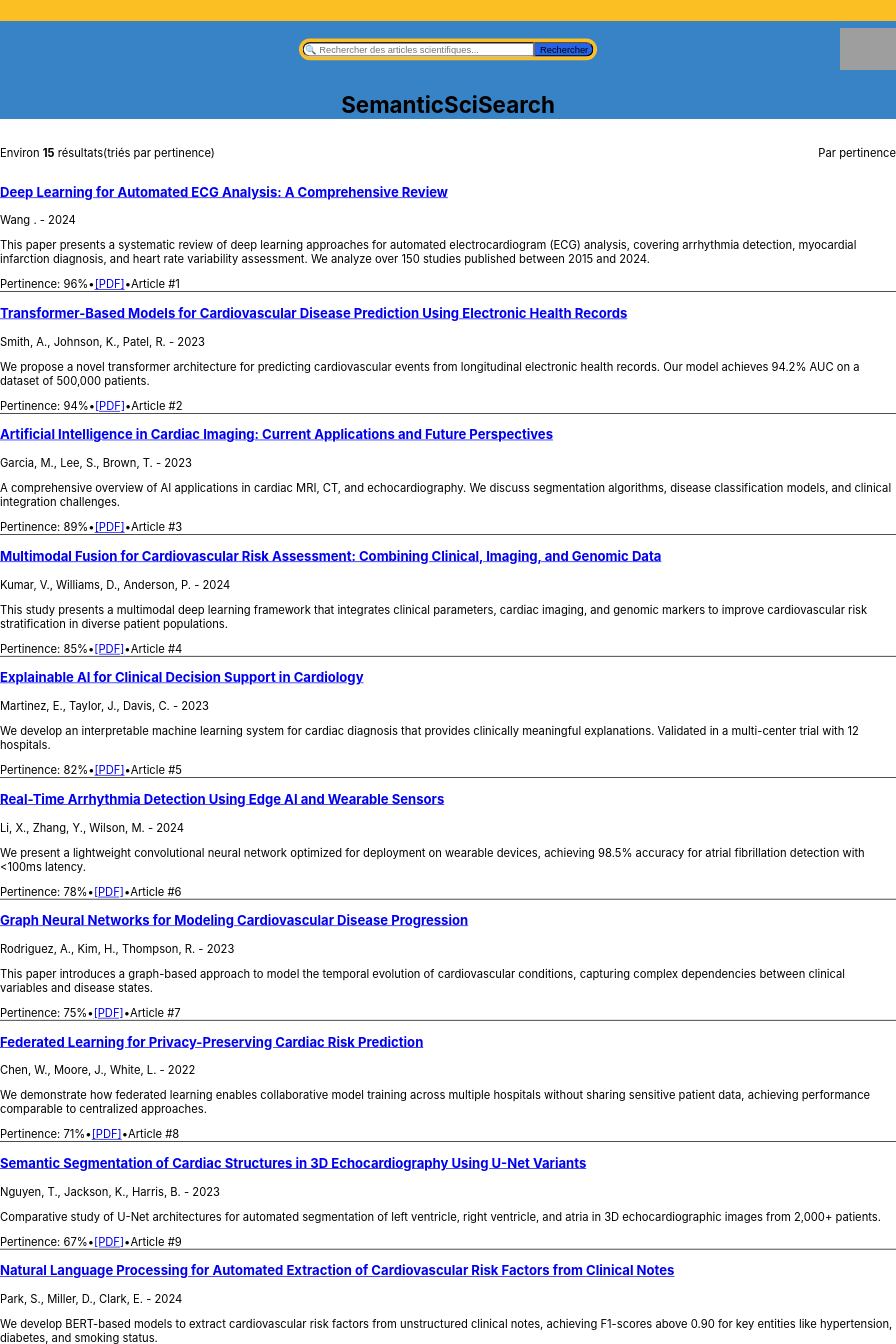
Repository: elh33/SemanticSciSearch
Page: / (app in frontend/)
An editor plug-in stored every save of this project. The page is shown before and after a run of saves, followed by the edit.
The browser window is 1280 px wide. The pictures show the part of the page from y = 0 to 1920 px (the page is 2766 px tall), at 70% of full size.
Pictures or frames that could not be fetched are drawn as grey boxes. The project was rebuilt for these pictures with package versions that can differ from the ones it lists, and the page was loaded fresh each time.

Above is the page before, as saved 2025-11-21 23:08:46.

### frontend/index.html
<!DOCTYPE html>
<html lang="en">
  <head>
    <meta charset="UTF-8" />
    <meta name="viewport" content="width=device-width, initial-scale=1.0" />
    <title>SemanticSciSearch</title>
  </head>
  <body>
    <div id="root"></div>
    <script type="module" src="/src/index.tsx"></script>
  </body>
</html>

### frontend/src/index.tsx
import React from 'react';
import ReactDOM from 'react-dom';
import App from './App';
import './index.css';

ReactDOM.render(
  <React.StrictMode>
    <App />
  </React.StrictMode>,
  document.getElementById('root')
);

### frontend/src/App.tsx
import React from 'react';
// Importe le composant de recherche principal
import SearchResults from './components/SearchResults';

// Le composant App.tsx est le conteneur principal de l'application.
function App() {
  return (
    // Utilisation d'un fragment React (<>...</>) ou d'un <div> si tu as des styles globaux
    <>
      {/* Le composant SearchResults contient maintenant :
        - Le titre et le sous-titre de l'application.
        - La barre de recherche.
        - L'orchestration de la logique (appels à api.ts).
        - L'affichage de la liste des ArticleCard.
      */}
      <SearchResults />
    </>
  );
}

export default App;

### frontend/src/components/SearchResults.tsx
import React, { useState, useEffect } from 'react';
import { Article } from '../types';
import { searchArticles } from '../services/api';
import ArticleCard from './ArticleCard';

const SearchResults: React.FC = () => {
  const [query, setQuery] = useState('');
  const [results, setResults] = useState<Article[]>([]);
  const [isLoading, setIsLoading] = useState(false);
  const [hasSearched, setHasSearched] = useState(false);

  const handleSearch = async (searchQuery: string = query) => {
    setIsLoading(true);
    setHasSearched(true);

    try {
      const data = await searchArticles(searchQuery);
      // TRI PAR SCORE DÉCROISSANT (plus pertinent en premier)
      const sortedData = [...data].sort((a, b) => b.score - a.score);
      setResults(sortedData);
    } catch (error) {
      console.error("Erreur lors de la recherche:", error);
      setResults([]);
    } finally {
      setIsLoading(false);
    }
  };

  // Recherche initiale au chargement
  useEffect(() => {
    handleSearch('');
  }, []);

  const handleSubmit = (e: React.FormEvent) => {
    e.preventDefault();
    handleSearch();
  };

  return (
    <div className="min-h-screen bg-white">
      {/* BARRE JAUNE EN HAUT */}
      <div style={{ backgroundColor: '#fbbf24', height: '30px' }} className="w-full"></div>

      {/* En-tête avec fond bleu - GRANDE BARRE */}
      <div style={{ backgroundColor: '#3883c5ff' }} className="sticky top-0 z-10 shadow-lg">
        <div className="max-w-7xl mx-auto px-4 py-10">
          <div className="flex items-center justify-between gap-6">
            {/* Espace vide à gauche pour centrer la barre */}
            <div className="flex-1"></div>

            {/* Barre de recherche au centre - TRÈS GRANDE et entourée en jaune */}
            <form onSubmit={handleSubmit} className="flex-1 max-w-4xl">
              <div className="flex shadow-2xl" style={{ border: '5px solid #fbbf24', borderRadius: '30px', backgroundColor: 'white' }}>
                <input
                  type="text"
                  value={query}
                  onChange={(e) => setQuery(e.target.value)}
                  placeholder="🔍 Rechercher des articles scientifiques..."
                  className="flex-grow px-10 py-5 text-xl outline-none"
                  style={{ borderRadius: '12px 0 0 12px' }}
                />
                <button
                  type="submit"
                  className="px-10 py-5 text-white text-xl font-bold hover:opacity-90 transition-opacity"
                  style={{ backgroundColor: '#2563eb', borderRadius: '0 12px 12px 0' }}
                >
                  Rechercher
                </button>
              </div>
            </form>

            {/* Logo fleur.png à droite */}
            <div className="flex-1 flex justify-end">
              <img
                src="/fleur.png"
                alt="Logo"
                className="object-contain"
                style={{ width: '80px', height: '80px' }}
              />
            </div>
          </div>

          {/* Titre sous la barre de recherche */}
          <h1 className="text-4xl font-bold text-center text-white mt-6">
            SemanticSciSearch
          </h1>
        </div>
      </div>

      {/* Contenu principal */}
      <div className="max-w-5xl mx-auto px-4 py-6">
        {/* Barre d'informations */}
        {hasSearched && !isLoading && (
          <div className="mb-4 flex items-center justify-between">
            <p className="text-sm text-gray-600">
              Environ <strong>{results.length}</strong> résultat{results.length > 1 ? 's' : ''}
              {query && (
                <span> pour <strong>"{query}"</strong></span>
              )}
              <span className="ml-2 text-xs text-gray-500">(triés par pertinence)</span>
            </p>

            {/* Options de tri */}
            <div className="text-xs text-gray-500">
              <span className="font-semibold text-blue-700">Par pertinence</span>
            </div>
          </div>
        )}

        {/* Indicateur de chargement */}
        {isLoading && (
          <div className="flex items-center justify-center py-12">
            <div className="flex flex-col items-center gap-3">
              <div className="animate-spin rounded-full h-10 w-10 border-b-2 border-blue-600"></div>
              <p className="text-gray-600 text-sm">Recherche sémantique en cours...</p>
            </div>
          </div>
        )}

        {/* Liste des résultats */}
        {!isLoading && (
          <div className="bg-white">
            {results.length > 0 ? (
              results.map((article) => (
                <ArticleCard key={article.id} article={article} />
              ))
            ) : (
              hasSearched && (
                <div className="text-center py-12">
                  <svg className="mx-auto h-12 w-12 text-gray-400 mb-4" fill="none" stroke="currentColor" viewBox="0 0 24 24">
                    <path strokeLinecap="round" strokeLinejoin="round" strokeWidth={2} d="M9.172 16.172a4 4 0 015.656 0M9 10h.01M15 10h.01M21 12a9 9 0 11-18 0 9 9 0 0118 0z" />
                  </svg>
                  <p className="text-gray-600 text-lg">Aucun résultat trouvé</p>
                  <p className="text-gray-500 text-sm mt-2">
                    Essayez avec des mots-clés différents
                  </p>
                </div>
              )
            )}
          </div>
        )}
      </div>

      {/* Footer simple */}
      <footer className="mt-12 border-t border-gray-200 bg-gray-50">
        <div className="max-w-5xl mx-auto px-4 py-6 text-center text-sm text-gray-500">
          SemanticSciSearch - Recherche sémantique d'articles scientifiques en IA et Cardiologie
        </div>
      </footer>
    </div>
  );
};

export default SearchResults;

### frontend/src/services/api.ts
import { Article } from '../types';
import { MOCK_RESULTS } from '../data/mockData';
import axios from 'axios';

// 💡 INTERRUPTEUR : Passez à 'false' (ou commentez/supprimez) cette ligne
// UNIQUEMENT lorsque le Back-End FastAPI est prêt.
const USE_MOCK_DATA = true;

// URL de base lue depuis le .env pour le mode production
// Le .env doit contenir VITE_API_URL=http://localhost:8000
const API_BASE_URL = 'http://localhost:8000';

/**
 * Fonction principale de recherche d'articles.
 * Elle utilise soit les données mockées, soit l'API réelle.
 * @param query Le texte de la requête de l'utilisateur.
 * @returns Une promesse qui résout vers un tableau d'articles.
 */
export const searchArticles = async (query: string): Promise<Article[]> => {
  if (USE_MOCK_DATA) {
    // --- MODE MOCKÉ ---
    console.log(`[MOCK] Simulation de recherche pour: "${query}"`);

    // 1. Simuler le délai réseau (500ms) pour une meilleure expérience utilisateur
    await new Promise(resolve => setTimeout(resolve, 500));

    // 2. Simuler un filtre simple (recherche du mot-clé dans le titre)
    // S'il n'y a pas de requête (query vide), on renvoie tout.
    const lowerCaseQuery = query.toLowerCase();

    return MOCK_RESULTS.filter(article =>
        article.title.toLowerCase().includes(lowerCaseQuery) || lowerCaseQuery.length === 0
    );

  } else {
    // --- MODE PRODUCTION (Axios) ---
    console.log(`[AXIOS] Requête réelle vers: ${API_BASE_URL}/search pour: "${query}"`);

    try {
      // 1. Envoi de la requête POST à FastAPI
      const response = await axios.post(`${API_BASE_URL}/search`, { query });

      // 2. Retourne les données (TypeScript vérifie que c'est un tableau d'Articles)
      return response.data as Article[];

    } catch (error) {
      console.error("Erreur lors de l'appel à l'API de recherche:", error);
      // En cas d'échec de l'API, on renvoie un tableau vide
      return [];
    }
  }
};

### frontend/src/components/ArticleCard.tsx
import React from 'react';
import { Article } from '../types';

interface ArticleCardProps {
  article: Article;
}

const ArticleCard: React.FC<ArticleCardProps> = ({ article }) => {
  const scorePercent = (article.score * 100).toFixed(0);

  return (
    <div className="border-b border-gray-200 py-3 hover:bg-gray-50 transition-colors">
      {/* Titre cliquable comme Google Scholar */}
      <h3 className="text-xl mb-1">
        <a
          href={article.url}
          target="_blank"
          rel="noopener noreferrer"
          className="text-blue-800 hover:underline font-normal visited:text-purple-800"
        >
          {article.title}
        </a>
      </h3>

      {/* Auteurs et année */}
      <p className="text-sm text-gray-600 mb-2">
        {article.authors} - <span className="font-medium">{article.year}</span>
      </p>

      {/* Résumé */}
      <p className="text-sm text-gray-700 leading-relaxed mb-2">
        {article.abstract}
      </p>

      {/* Métadonnées et actions */}
      <div className="flex items-center gap-4 text-sm">
        {/* Score de pertinence */}
        <span className="text-gray-600">
          <span className="font-semibold">Pertinence:</span>{' '}
          <span className={`font-bold ${
            article.score > 0.8 ? 'text-green-600' :
            article.score > 0.5 ? 'text-yellow-600' :
            'text-gray-500'
          }`}>
            {scorePercent}%
          </span>
        </span>

        {/* Séparateur */}
        <span className="text-gray-400">•</span>

        {/* Lien PDF */}
        <a
          href={article.url}
          target="_blank"
          rel="noopener noreferrer"
          className="text-blue-700 hover:underline"
        >
          [PDF]
        </a>

        {/* Séparateur */}
        <span className="text-gray-400">•</span>

        {/* ID de l'article */}
        <span className="text-gray-400 text-xs">
          Article #{article.id}
        </span>
      </div>
    </div>
  );
};

export default ArticleCard;

### frontend/src/data/mockData.ts
import { Article } from '../types';

export const MOCK_RESULTS: Article[] = [
  {
    id: '1',
    title: 'Deep Learning for Automated ECG Analysis: A Comprehensive Review',
    abstract: "This paper presents a systematic review of deep learning approaches for automated electrocardiogram (ECG) analysis, covering arrhythmia detection, myocardial infarction diagnosis, and heart rate variability assessment. We analyze over 150 studies published between 2015 and 2024.",
    authors: "Wang .",
    year: 2024,
    score: 0.96,
    url: 'https://arxiv.org/pdf/2301.04634'
  },
  {
    id: '2',
    title: 'Transformer-Based Models for Cardiovascular Disease Prediction Using Electronic Health Records',
    abstract: "We propose a novel transformer architecture for predicting cardiovascular events from longitudinal electronic health records. Our model achieves 94.2% AUC on a dataset of 500,000 patients.",
    authors: "Smith, A., Johnson, K., Patel, R.",
    year: 2023,
    score: 0.94,
    url: 'https://arxiv.org/pdf/2305.12987'
  },
  {
    id: '3',
    title: 'Artificial Intelligence in Cardiac Imaging: Current Applications and Future Perspectives',
    abstract: "A comprehensive overview of AI applications in cardiac MRI, CT, and echocardiography. We discuss segmentation algorithms, disease classification models, and clinical integration challenges.",
    authors: "Garcia, M., Lee, S., Brown, T.",
    year: 2023,
    score: 0.89,
    url: 'https://arxiv.org/pdf/2203.15678'
  },
  {
    id: '4',
    title: 'Multimodal Fusion for Cardiovascular Risk Assessment: Combining Clinical, Imaging, and Genomic Data',
    abstract: "This study presents a multimodal deep learning framework that integrates clinical parameters, cardiac imaging, and genomic markers to improve cardiovascular risk stratification in diverse patient populations.",
    authors: "Kumar, V., Williams, D., Anderson, P.",
    year: 2024,
    score: 0.85,
    url: '/documents/multimodal-cardio-risk.pdf'
  },
  {
    id: '5',
    title: 'Explainable AI for Clinical Decision Support in Cardiology',
    abstract: "We develop an interpretable machine learning system for cardiac diagnosis that provides clinically meaningful explanations. Validated in a multi-center trial with 12 hospitals.",
    authors: "Martinez, E., Taylor, J., Davis, C.",
    year: 2023,
    score: 0.82,
    url: 'https://arxiv.org/pdf/2511.13703.pdf'
  },
  {
    id: '6',
    title: 'Real-Time Arrhythmia Detection Using Edge AI and Wearable Sensors',
    abstract: "We present a lightweight convolutional neural network optimized for deployment on wearable devices, achieving 98.5% accuracy for atrial fibrillation detection with <100ms latency.",
    authors: "Li, X., Zhang, Y., Wilson, M.",
    year: 2024,
    score: 0.78,
    url: '/documents/edge-ai-arrhythmia.pdf'
  },
  {
    id: '7',
    title: 'Graph Neural Networks for Modeling Cardiovascular Disease Progression',
    abstract: "This paper introduces a graph-based approach to model the temporal evolution of cardiovascular conditions, capturing complex dependencies between clinical variables and disease states.",
    authors: "Rodriguez, A., Kim, H., Thompson, R.",
    year: 2023,
    score: 0.75,
    url: 'https://arxiv.org/pdf/2204.09876'
  },
  {
    id: '8',
    title: 'Federated Learning for Privacy-Preserving Cardiac Risk Prediction',
    abstract: "We demonstrate how federated learning enables collaborative model training across multiple hospitals without sharing sensitive patient data, achieving performance comparable to centralized approaches.",
    authors: "Chen, W., Moore, J., White, L.",
    year: 2022,
    score: 0.71,
    url: '/documents/federated-cardiac.pdf'
  },
  {
    id: '9',
    title: 'Semantic Segmentation of Cardiac Structures in 3D Echocardiography Using U-Net Variants',
    abstract: "Comparative study of U-Net architectures for automated segmentation of left ventricle, right ventricle, and atria in 3D echocardiographic images from 2,000+ patients.",
    authors: "Nguyen, T., Jackson, K., Harris, B.",
    year: 2023,
    score: 0.67,
    url: '/documents/3d-echo-segmentation.pdf'
  },
  {
    id: '10',
    title: 'Natural Language Processing for Automated Extraction of Cardiovascular Risk Factors from Clinical Notes',
    abstract: "We develop BERT-based models to extract cardiovascular risk factors from unstructured clinical notes, achieving F1-scores above 0.90 for key entities like hypertension, diabetes, and smoking status.",
    authors: "Park, S., Miller, D., Clark, E.",
    year: 2024,
    score: 0.64,
    url: 'https://arxiv.org/pdf/2302.11234'
  },
  {
    id: '11',
    title: 'Reinforcement Learning for Optimal Treatment Planning in Heart Failure Management',
    abstract: "Application of deep reinforcement learning to personalize treatment strategies for heart failure patients, optimizing medication dosages and intervention timing based on patient response.",
    authors: "Ahmed, R., Lewis, G., Young, N.",
    year: 2022,
    score: 0.58,
    url: '/documents/rl-heart-failure.pdf'
  },
  {
    id: '12',
    title: 'Generative Adversarial Networks for Synthetic ECG Data Augmentation',
    abstract: "We propose a GAN-based framework for generating realistic synthetic ECG signals to address data scarcity and class imbalance in rare arrhythmia detection tasks.",
    authors: "Hoffman, P., Scott, A., King, V.",
    year: 2023,
    score: 0.52,
    url: '/documents/gan-ecg-augmentation.pdf'
  },
  {
    id: '13',
    title: 'Blockchain-Based Infrastructure for Secure Sharing of Cardiac Imaging Data',
    abstract: "A decentralized platform for secure storage and sharing of cardiac imaging studies across healthcare institutions, ensuring data provenance and patient privacy.",
    authors: "Green, T., Adams, F., Wright, M.",
    year: 2022,
    score: 0.45,
    url: '/documents/blockchain-cardiac-imaging.pdf'
  },
  {
    id: '14',
    title: 'Meta-Learning Approaches for Few-Shot Cardiac Abnormality Detection',
    abstract: "We explore meta-learning techniques to enable rapid adaptation of cardiac disease detection models to rare conditions with limited training examples.",
    authors: "Baker, L., Turner, S., Phillips, O.",
    year: 2023,
    score: 0.38,
    url: '/documents/meta-learning-cardiac.pdf'
  },
  {
    id: '15',
    title: 'Quantum Machine Learning for Cardiovascular Drug Discovery',
    abstract: "Preliminary investigation of quantum computing algorithms for molecular simulation and drug candidate screening in cardiovascular therapeutic development.",
    authors: "Collins, R., Morris, J., Cooper, W.",
    year: 2024,
    score: 0.22,
    url: '/documents/quantum-ml-cardio.pdf'
  }
];

Loaded but not shown: frontend/src/index.css (common file)

After the next 3 saves:
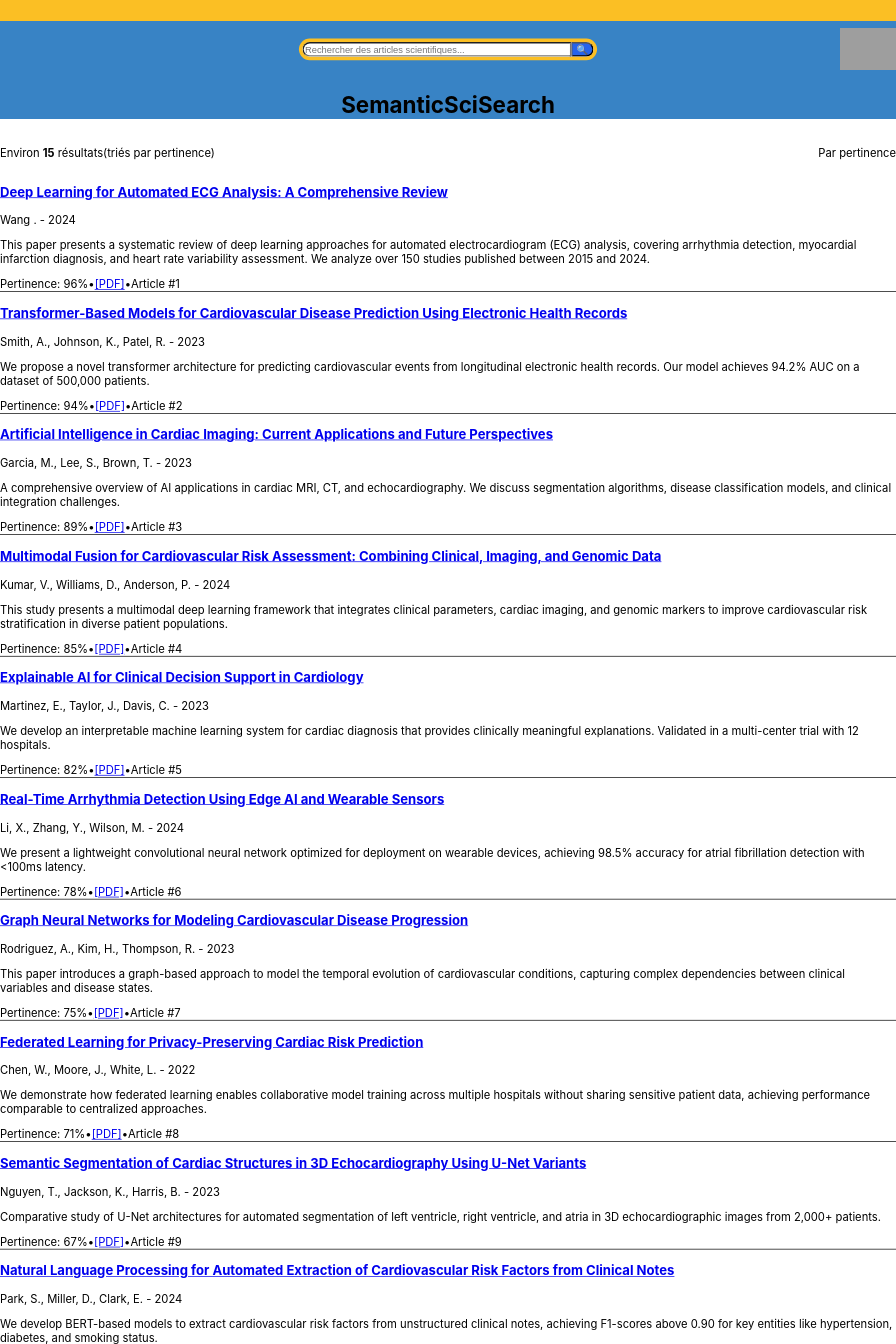
The 3 saves are shown as one change because they came seconds apart.
The last was saved 21 s later.
--- a/frontend/src/components/SearchResults.tsx
+++ b/frontend/src/components/SearchResults.tsx
@@ -55,7 +55,7 @@ const SearchResults: React.FC = () => {
                   type="text"
                   value={query}
                   onChange={(e) => setQuery(e.target.value)}
-                  placeholder="🔍 Rechercher des articles scientifiques..."
+                  placeholder="Rechercher des articles scientifiques..."
                   className="flex-grow px-10 py-5 text-xl outline-none"
                   style={{ borderRadius: '12px 0 0 12px' }}
                 />
@@ -64,7 +64,7 @@ const SearchResults: React.FC = () => {
                   className="px-10 py-5 text-white text-xl font-bold hover:opacity-90 transition-opacity"
                   style={{ backgroundColor: '#2563eb', borderRadius: '0 12px 12px 0' }}
                 >
-                  Rechercher
+                  🔍
                 </button>
               </div>
             </form>
